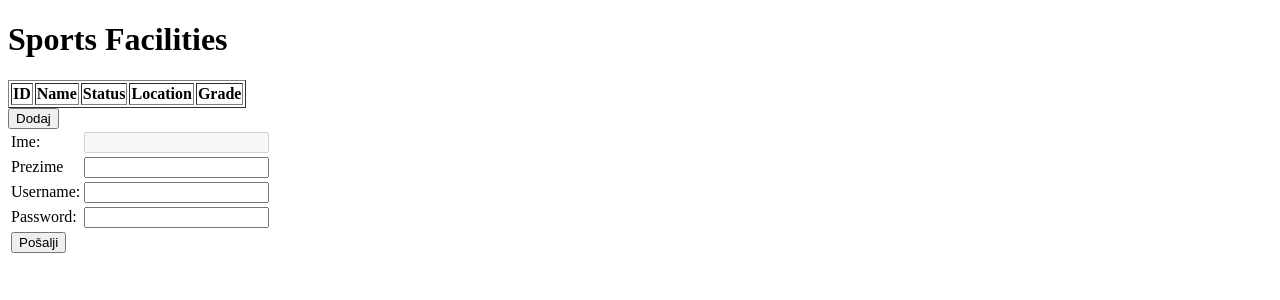
Repository: markovicuros/Fitpass-web
Page: FitnessCenter/WebContent/index.html
These files come from the project's save history. The page is drawn as it stood at one moment and after the next save; the edit follows.
The browser window is 1280 px wide. The pictures show the whole page.
The page's requests for data from a server got no answer.

Above is the page before, as saved 2022-06-19 22:42:17.

### FitnessCenter/WebContent/index.html
<!DOCTYPE html>
<html>
    <head>
    <title>Sports Facilities</title>
    <meta charset="UTF-8" />
    <!--  <link rel="stylesheet" type="text/css" href="styles.css" />-->

    </head>

    <body>
    <div id="sportsFacilities">
	<form>
    <h1>{{title}}</h1>
    <table border="1" id="tabela">
        <thead>
            <tr>
                <th>ID</th>
                <th>Name</th>
                <th>Status</th>
                <th>Location</th>
                <th>Grade</th>
            </tr>
        </thead>

        <tr v-for="sf in sportFacilities">

            <td>{{sf.sportFacilityId}}</td>
            <td>{{sf.name}}</td>
            <td>{{convertStatus(sf)}}</td>
            <td>{{sf.location}}</td>
            <td>{{sf.averageGrade}}</td>

        </tr>
    </table>
    <button v-on:click="showForm()">Dodaj</button>
    </form>
			<form id="forma" @submit="createOrEditProduct" >

				<table>
					<tr>
						<td>Ime:</td>
						<td><input v-bind:disabled="mode!='CREATE'" type="text" name="name"
							v-model="user.name" /></td>
					</tr>

					<tr>
						<td>Prezime</td>
						<td><input type="text" name="name"
							v-model="user.surname" />
						</td>
					</tr>

					<tr>
						<td>Username:</td>
						<td><input type="text" name="name"
							v-model="user.username" />
						</td>
					</tr>

					<tr>
						<td>Password:</td>
						<td><input type="text" name="name"
							v-model="user.password" />
						</td>
					</tr>
					<tr>
						<td><input type="submit" value="Pošalji" /></td>

					</tr>
				</table>
			</form>
    </div>

    <script src="js/vue.js"></script>
    <script src="js/axios.js"></script>
    <script type="app/app.js"></script>
    <script src="app/sportsFacilities.js"></script>
    </body>

</html>

### FitnessCenter/WebContent/app/sportsFacilities.js
var sportFacilities = new Vue({
    el:'#sportsFacilities',
    data:{
        sportFacilities: null,
        title: "Sports Facilities",
        mode: "BROWSE",
		user: {},
    },
    mounted(){
        axios.get('rest/facilities/GetAll')
             .then(response =>(this.sportFacilities = response.data))
    },
    methods:{
		showForm: function() {
			this.mode = "CREATE";
			//this.user = { id: null, name: null, surname: null, username: null, password: null, birthday: null, gender: null,userRole:null, };
		},
		convertStatus: function(sf) {

			if(sf.isWorking===true)
				return "Radi";
				else
				return "Ne radi";
		},
		createOrEditProduct: function(event) {
			//this.error = "";
			/*if (this.selectedProduct.polaziste.toLowerCase() === this.selectedProduct.odrediste.toLowerCase()) {
				this.error = "NE MOZE ISTI NAZIV ZA POLAZISTE I ODREDISTE";
				alert("NE MOZE ISTI NAZIV ZA POLAZISTE I ODREDISTE");
				event.preventDefault();*/
				return;
			}
    }
});

Loaded but not shown: FitnessCenter/WebContent/js/vue.js (library); FitnessCenter/WebContent/js/axios.js (1660 lines, source omitted)

After the next save:
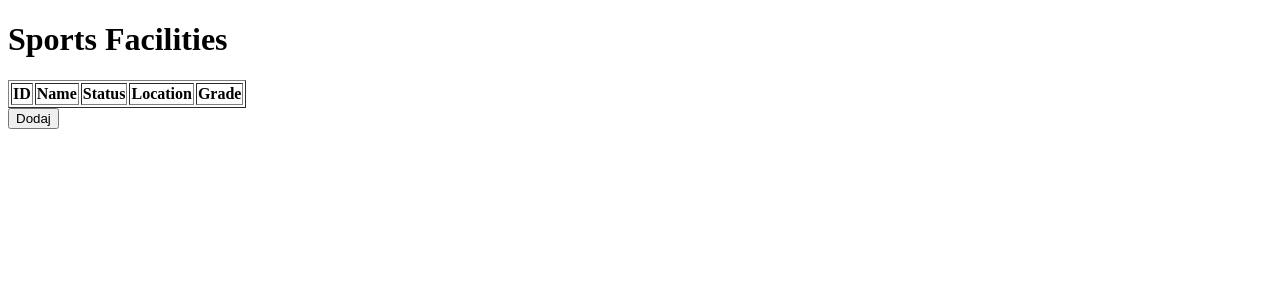
Saved 67 s later.
--- a/FitnessCenter/WebContent/index.html
+++ b/FitnessCenter/WebContent/index.html
@@ -34,7 +34,7 @@
     </table>
     <button v-on:click="showForm()">Dodaj</button>
     </form>
-			<form id="forma" @submit="createOrEditProduct" >
+			<form id="forma" @submit="createOrEditProduct" v-bind:hidden="mode=='BROWSE'">
 
 				<table>
 					<tr>
